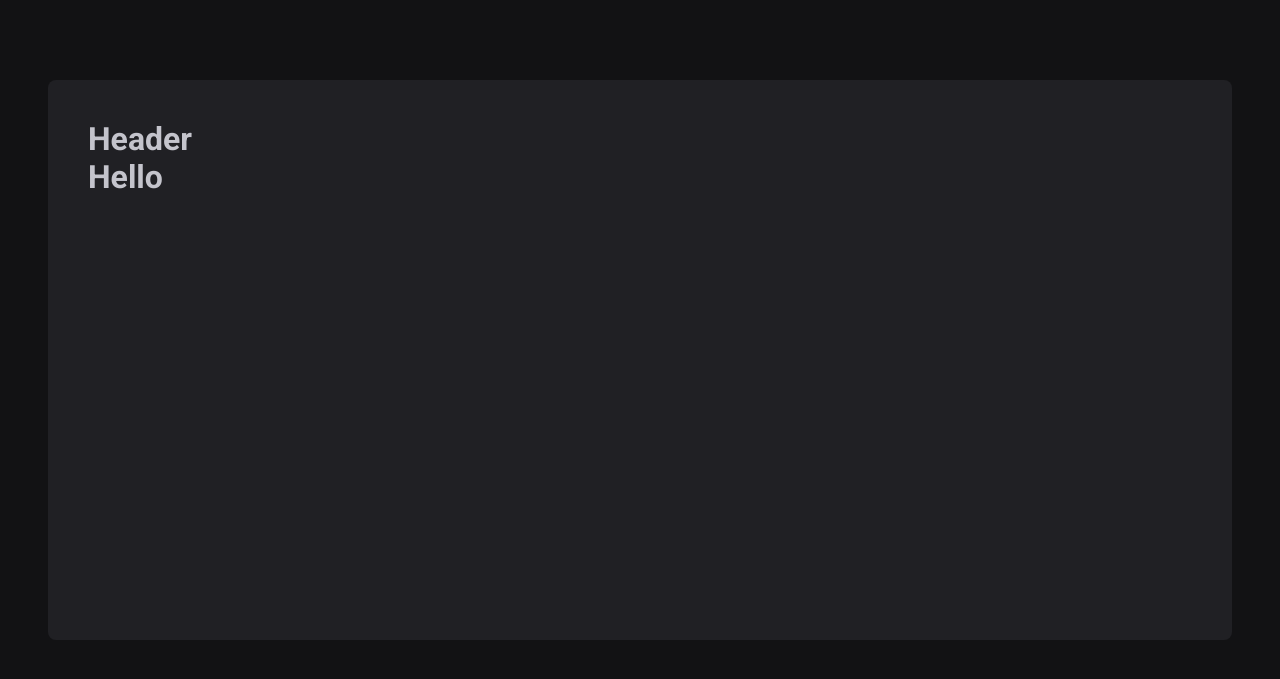
Repository: guilhermecardoso93/02-ignite-timer
Page: /
An editor plug-in stored every save of this project. The page is shown before and after the next save, followed by the edit.
The browser window is 1280 px wide. The pictures show the whole page.
The project was rebuilt for these pictures with package versions that can differ from the ones it lists, and the page was loaded fresh each time. Also part of the build but not shown: vite.config.ts, src/pages/History.tsx.

Above is the page before, as saved 2022-07-16 20:19:39.

### index.html
<!DOCTYPE html>
<html lang="en">
  <head>
    <link rel="preconnect" href="https://fonts.googleapis.com" />
    <link rel="preconnect" href="https://fonts.gstatic.com" crossorigin />
    <meta charset="UTF-8" />
    <meta name="viewport" content="width=device-width, initial-scale=1.0" />
    <link
      href="https://fonts.googleapis.com/css2?family=Roboto+Mono:wght@700&family=Roboto:ital,wght@0,400;0,500;0,700;1,400&display=swap"
      rel="stylesheet"
    />
    <title>Ignite - Timer</title>
  </head>
  <body>
    <div id="root"></div>
    <script type="module" src="/src/main.tsx"></script>
  </body>
</html>

### src/App.tsx
import { BrowserRouter } from 'react-router-dom'
import { ThemeProvider } from 'styled-components'
import { CycleContextProvider } from './context/CycleContext'
import { Router } from './Router'

import { GlobalStyle } from './styles/global'
import { defaultTheme } from './styles/themes/default'

export function App() {
  return (
    <ThemeProvider theme={defaultTheme}>
      <BrowserRouter>
        <CycleContextProvider>
          <Router />
        </CycleContextProvider>
        <GlobalStyle />
      </BrowserRouter>
    </ThemeProvider>
  )
}

### src/context/CycleContext.tsx
import { createContext, ReactNode, useReducer, useState } from 'react'

interface CreateCycleData {
  task: string
  minutesAmount: number
}

interface Cycle {
  id: string
  task: string
  minutesAmount: number
  startDate: Date
  interruptedDate?: Date
  endDate?: Date
}

interface CyclesContextType {
  cycles: Cycle[]
  activeCycle: Cycle | undefined
  activeCycleId: string | null
  amountSecondsPassed: number
  markCurrentCycleAsFinished: () => void
  setSecondsPassed: (seconds: number) => void
  interruptCurrentCycle: () => void
  CreateANewCycle: (data: CreateCycleData) => void
}

export const CyclesContext = createContext({} as CyclesContextType)

interface CycleContextProviderProps {
  children: ReactNode
}

export function CycleContextProvider({ children }: CycleContextProviderProps) {
  const [cycles, dispatch] = useReducer((state: Cycle[], action: any) => {
    if (action.type === 'ADD_NEW_CYCLE') {
      return [...state, action.payload.newCycle]
    }

    return state
  }, [])

  const [activeCycleId, setActiveCycleId] = useState<string | null>(null)
  const [amountSecondsPassed, setAmountSecondsPassed] = useState(0)

  const activeCycle = cycles.find((cycle) => cycle.id === activeCycleId)

  function setSecondsPassed(seconds: number) {
    setAmountSecondsPassed(seconds)
  }

  function markCurrentCycleAsFinished() {
    dispatch({
      type: 'MARK-CURRENT_CYCLE_AS_FINISHED',
      payload: {
        activeCycleId,
      },
    })

    // setCycles((state) =>
    //  state.map((cycle) => {
    //    if (cycle.id === activeCycleId) {
    //      return { ...cycle, endDate: new Date() }
    //   } else {
    //     return cycle
    //   }
    //  }),
    // )
  }

  function CreateANewCycle(data: CreateCycleData) {
    const id = String(new Date().getTime())

    const newCycle: Cycle = {
      id,
      task: data.task,
      minutesAmount: data.minutesAmount,
      startDate: new Date(),
    }

    dispatch({
      type: 'ADD_NEW_CYCLE',
      payload: {
        newCycle,
      },
    })

    // setCycles((state) => [...state, newCycle])
    setActiveCycleId(id)
    setAmountSecondsPassed(0)
  }

  function interruptCurrentCycle() {
    dispatch({
      type: 'INTERRUPT_CURRENT_CYCLE',
      payload: {
        activeCycleId,
      },
    })

    // setCycles((state) =>
    // state.map((cycle) => {
    //   if (cycle.id === activeCycleId) {
    //     return { ...cycle, interruptedDate: new Date() }
    //   } else {
    //     return cycle
    //   }
    // }),
    // )
    //
    // setActiveCycleId(null)*/
  }

  return (
    <CyclesContext.Provider
      value={{
        cycles,
        activeCycle,
        activeCycleId,
        markCurrentCycleAsFinished,
        amountSecondsPassed,
        setSecondsPassed,
        CreateANewCycle,
        interruptCurrentCycle,
      }}
    >
      {children}
    </CyclesContext.Provider>
  )
}

### src/Router.tsx
import { Route, Routes } from "react-router-dom";
import { DefaultLayout } from "./layouts/DefaultLayout";
import { History } from "./pages/History";
import { Home } from "./pages/Home";

export function Router() {
  return (
    <Routes>
      <Route path="/" element={<DefaultLayout />}>
        <Route path="/" element={<Home />} />
        <Route path="/history" element={<History />} />
      </Route>
    </Routes>
  );
}

### src/styles/global.ts
import { createGlobalStyle } from "styled-components";

export const GlobalStyle = createGlobalStyle`
   * {
    margin: 0;
    padding: 0;
    box-sizing: border-box;
   }

   :focus {
    outline:0;
    box-shadow: 0 0 0 2px ${(props) => props.theme["green-500"]};;
   }

   body {
    background-color: ${(props) => props.theme["gray-900"]};
    color: ${(props) => props.theme["gray-300"]};
    -webkit-font-smoothing: antialiased;
   }

   body, input, text-area, button{
    font-family: 'Roboto', sans-serif;
    font-weight: 400;
    font-size: 1rem;
   }
 `;

### src/styles/themes/default.ts
export const defaultTheme = {
  white: "#FFF",

  "gray-100": "#E1E1E6",
  "gray-300": "#C4C4CC",
  "gray-400": "#8D8D99",
  "gray-500": "#7C7C8A",
  "gray-600": "#323238",
  "gray-700": "#29292E",
  "gray-800": "#202024",
  "gray-900": "#121214",

  "green-300": "#00B37E",
  "green-500": "#00875F",
  "green-700": "#015F43",

  "red-500": "#AB222E",
  "red-700": "#7A1921",

  "yellow-500": "#FBA94C"
};

### src/pages/Home.tsx
export function Home(){
  return (
    <h1>
      Hello
    </h1>
  )
}

### src/layouts/DefaultLayout/styles.ts
import styled from "styled-components";

export const LayoutContainer = styled.div `
  max-width: 74rem;
  height: calc(100vh - 10rem);
  margin: 5rem auto;
  padding: 2.5rem;

  background-color: ${props => props.theme['gray-800']};
  border-radius: 8px;

  display: flex;
  flex-direction: column;
`

Loaded but not shown: src/main.tsx (common file); src/layouts/DefaultLayout/index.tsx (common file); src/components/Header.tsx (common file)

After the next save:
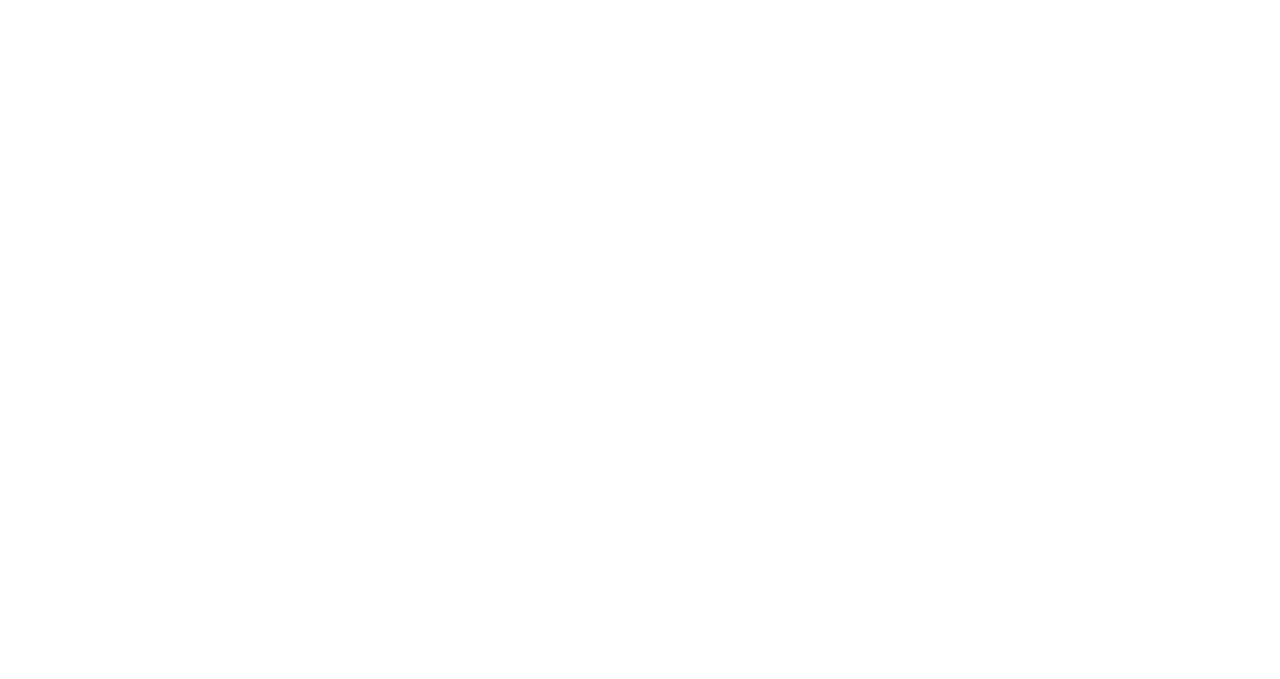
Console error: TypeError: cycles.find is not a function
Saved 7 min 55 s later.
--- a/src/context/CycleContext.tsx
+++ b/src/context/CycleContext.tsx
@@ -25,6 +25,11 @@
   CreateANewCycle: (data: CreateCycleData) => void
 }
 
+interface CyclesState {
+  cycles: Cycle[]
+  activeCycleId: string | null
+}
+
 export const CyclesContext = createContext({} as CyclesContextType)
 
 interface CycleContextProviderProps {
@@ -32,13 +37,22 @@
 }
 
 export function CycleContextProvider({ children }: CycleContextProviderProps) {
-  const [cycles, dispatch] = useReducer((state: Cycle[], action: any) => {
-    if (action.type === 'ADD_NEW_CYCLE') {
-      return [...state, action.payload.newCycle]
-    }
+  const [cycles, dispatch] = useReducer(
+    (state: CyclesState, action: any) => {
+      if (action.type === 'ADD_NEW_CYCLE') {
+        return {
+          ...state,
+          cycles: [...state.cycles, action.payload.newCycle],
+        }
+      }
 
-    return state
-  }, [])
+      return state
+    },
+    {
+      cycles: [],
+      activeCycleId: null,
+    },
+  )
 
   const [activeCycleId, setActiveCycleId] = useState<string | null>(null)
   const [amountSecondsPassed, setAmountSecondsPassed] = useState(0)

After the 4 saves that followed:
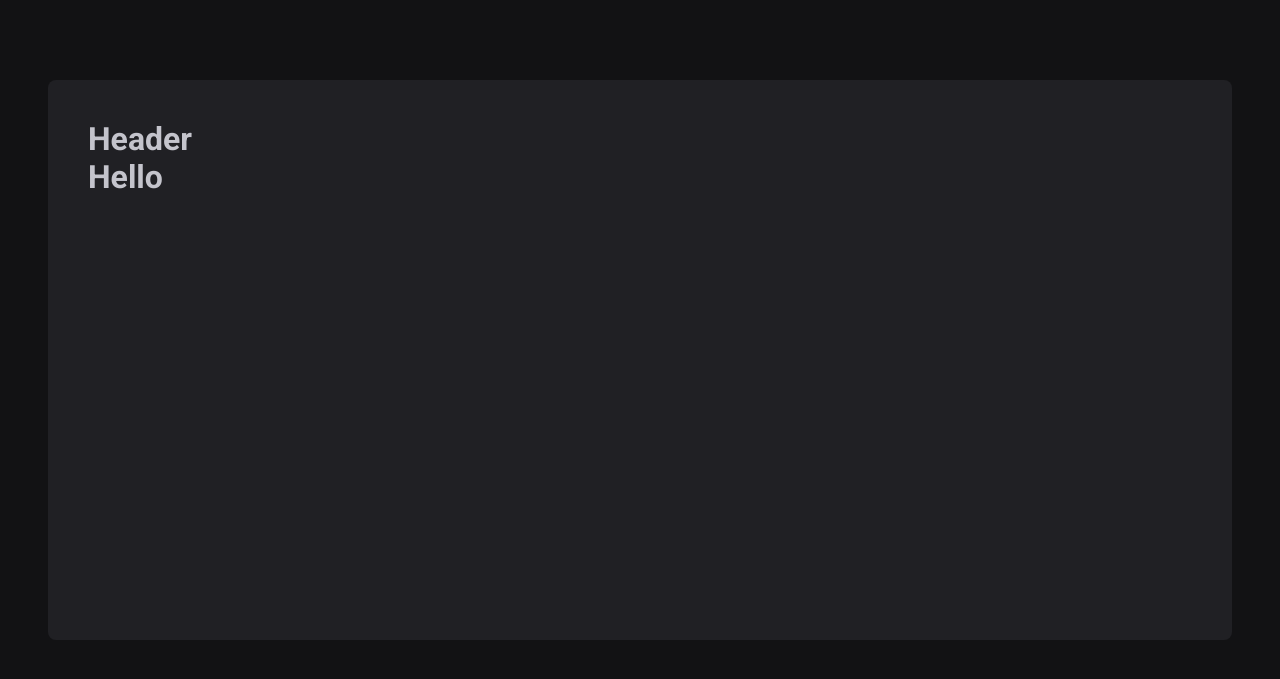
The error is gone.
The 4 saves are shown as one change because 3 left the picture as it was.
The last was saved 2 min 51 s later.
--- a/src/context/CycleContext.tsx
+++ b/src/context/CycleContext.tsx
@@ -37,12 +37,13 @@
 }
 
 export function CycleContextProvider({ children }: CycleContextProviderProps) {
-  const [cycles, dispatch] = useReducer(
+  const [cyclesState, dispatch] = useReducer(
     (state: CyclesState, action: any) => {
       if (action.type === 'ADD_NEW_CYCLE') {
         return {
           ...state,
           cycles: [...state.cycles, action.payload.newCycle],
+          activeCycleId: action.payload.newCycle.id,
         }
       }
 
@@ -53,9 +54,8 @@
       activeCycleId: null,
     },
   )
-
-  const [activeCycleId, setActiveCycleId] = useState<string | null>(null)
   const [amountSecondsPassed, setAmountSecondsPassed] = useState(0)
+  const { cycles, activeCycleId } = cyclesState
 
   const activeCycle = cycles.find((cycle) => cycle.id === activeCycleId)
 
@@ -100,7 +100,6 @@
     })
 
     // setCycles((state) => [...state, newCycle])
-    setActiveCycleId(id)
     setAmountSecondsPassed(0)
   }
 
